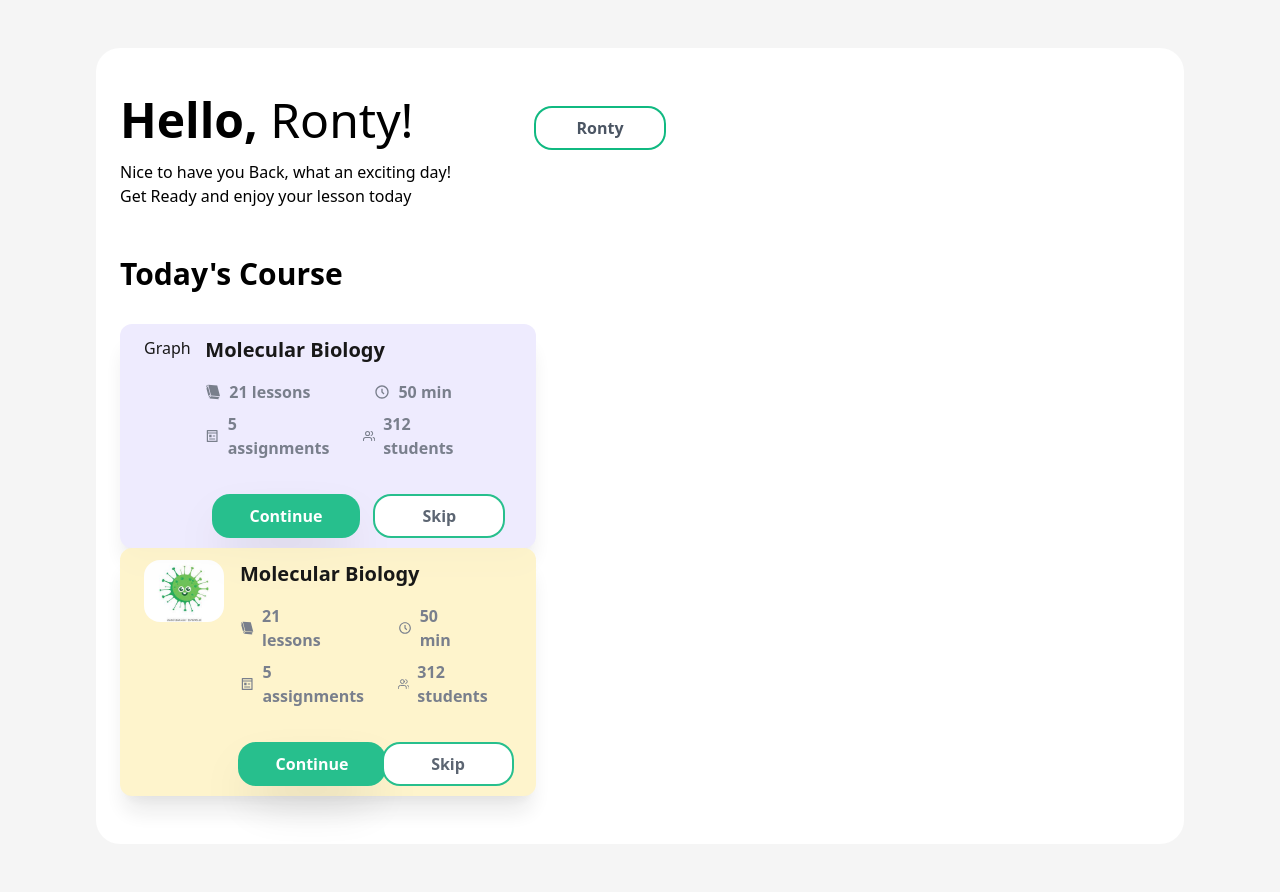
Repository: coolronts/Vite-Tailwind
Page: /
These files come from the project's save history. The page is drawn as it stood at one moment and after the next save; the edit follows.
The browser window is 1280 px wide. The pictures show the whole page.
The project was rebuilt for these pictures with package versions that can differ from the ones it lists, and the page was loaded fresh each time. Also part of the build but not shown: vite.config.js.

Above is the page before, as saved 2021-11-26 13:52:11.

After the next save:
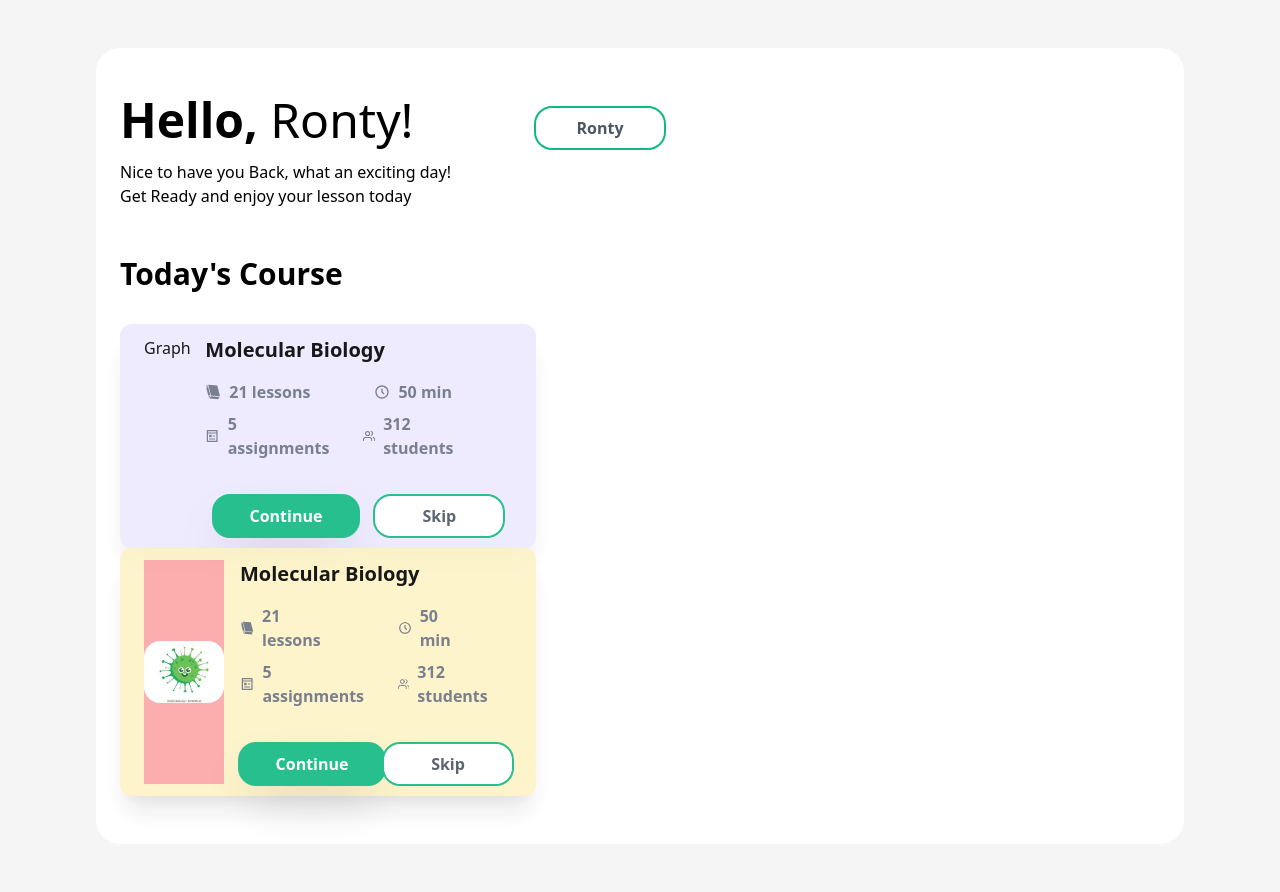
Saved 22 s later.
--- a/src/Section/Class/index.jsx
+++ b/src/Section/Class/index.jsx
@@ -16,7 +16,7 @@ export default function Class({
 }) {
   return (
     <SplitScreen leftWeight = 'w-1/3 mr-4' rightWeight = 'w-full'>
-      <div id="left" className="flex flex-col justify-center">
+      <div id="left" className="flex flex-col justify-center h-full bg-red-300">
         <img className="rounded-2xl" src="data:[embedded picture, 7543 characters]" alt=""/>
       </div>
       <div id="right">
